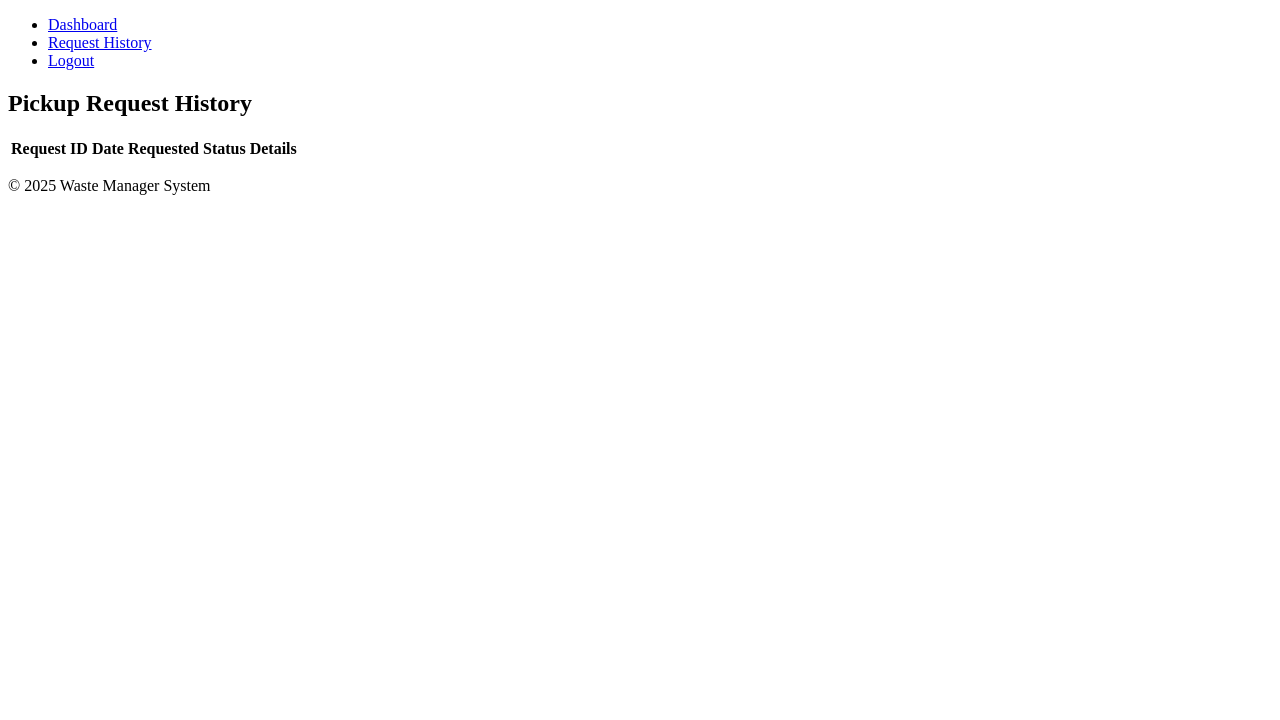
Repository: mahekagrawal25/restaurant-waste-management
Page: frontend/request-history.html
An editor plug-in stored every save of this project. The page is shown before and after the next save, followed by the edit.
The browser window is 1280 px wide. The pictures show the whole page.

Above is the page before, as saved 2025-04-21 12:37:25.
Not found: frontend/styles.css

After the next save:
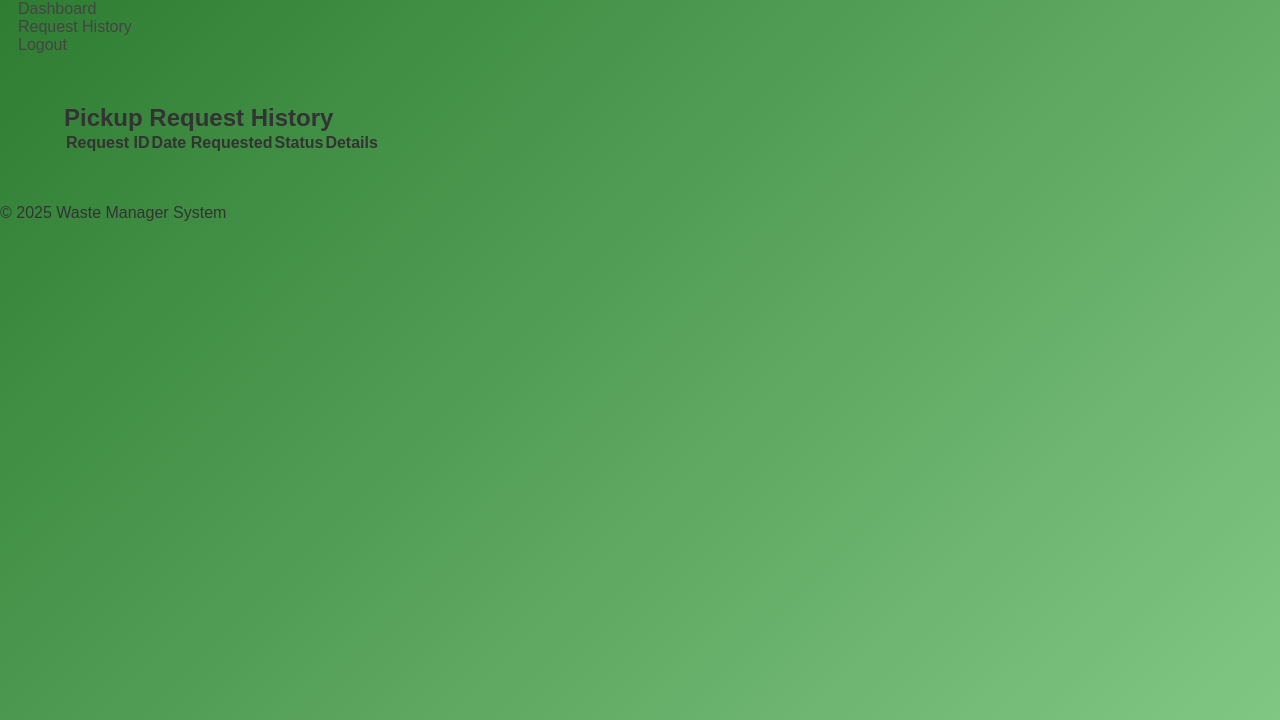
Saved 14 s later.
--- a/frontend/request-history.html
+++ b/frontend/request-history.html
@@ -4,7 +4,7 @@
     <meta charset="UTF-8">
     <meta name="viewport" content="width=device-width, initial-scale=1.0">
     <title>Pickup Request History - Waste Manager</title>
-    <link rel="stylesheet" href="styles.css"> <!-- Your custom CSS file -->
+    <link rel="stylesheet" href="style.css"> <!-- Your custom CSS file -->
     <link rel="stylesheet" href="https://cdnjs.cloudflare.com/ajax/libs/font-awesome/5.15.4/css/all.min.css">
 </head>
 <body>
